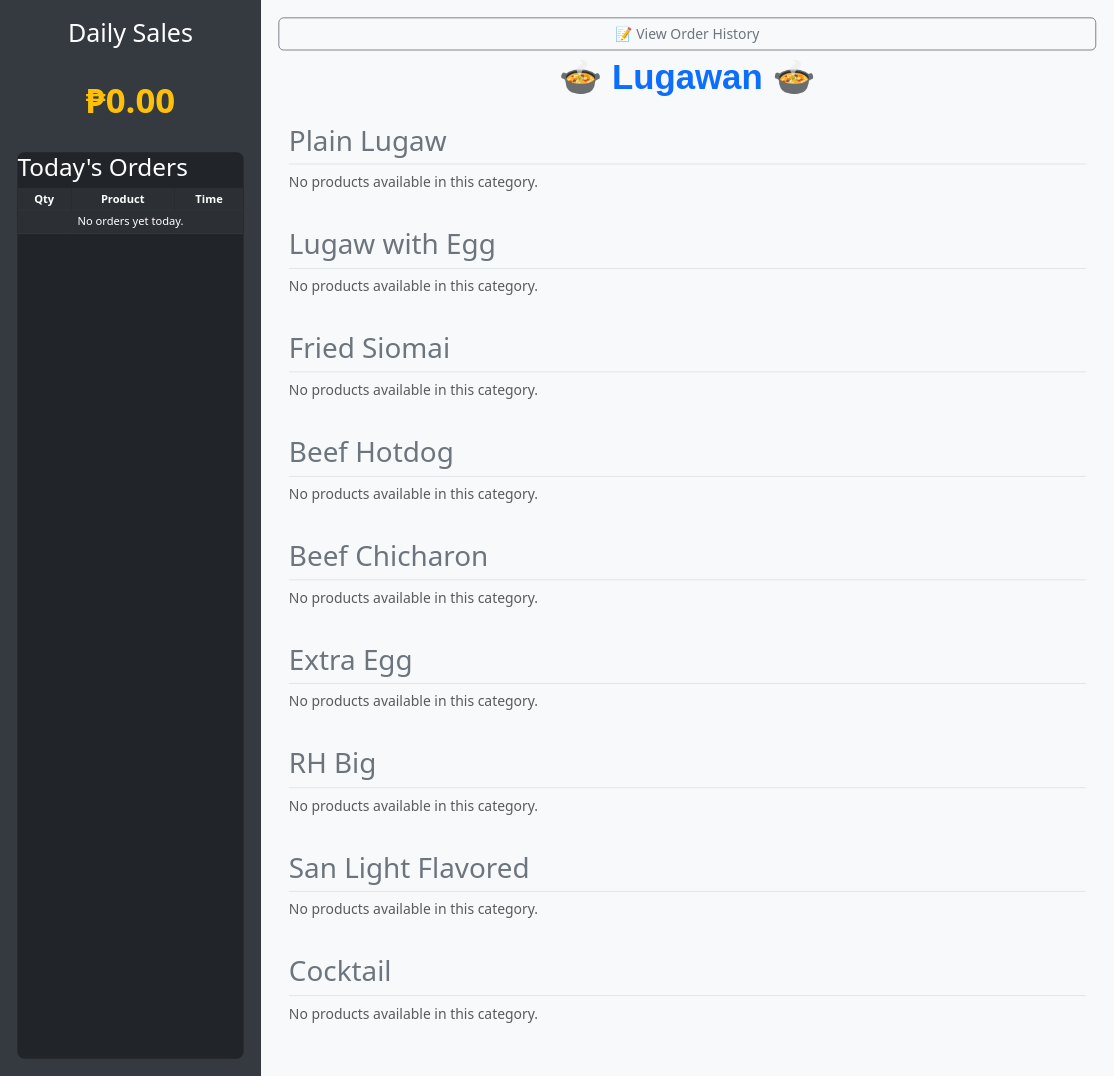
Repository: Jijiluzana225/lugawan_pitlane
Page: http://localhost/menu/
These files come from the project's save history. The page is drawn as it stood at one moment and after the next save; the edit follows.
The browser window is 1280 px wide. The pictures show the whole page, at 87% of full size.
The page is served by the project's application, run on Django 5.2 (manage.py). Other server files are loaded and not shown. The page reads the database file committed with the project.

Above is the page before, as saved 2025-03-06 10:45:10.

### pos/templates/pos/catalog.html
{% extends 'pos/base.html' %}



{% block content %}
<div class="container mt-4">



    {% for category in categories %}
        <div class="category-section mb-4">
            <h2 class="text-secondary border-bottom pb-2">{{ category.name }}</h2>

            <div class="row g-4">
                {% for product in category.product_set.all %}
                    <div class="col-md-4 col-lg-3">
                        <div class="card h-100 shadow-sm">
                            <div class="card-body text-center">
                                <h3 class="card-title text-dark fw-bold">{{ product.name }}</h3>
                                <p class="card-text text-success fs-5">₱{{ product.price }}</p>

                                <!-- Running total ordered today -->
                                {% with total_ordered=product.total_ordered_today %}
                                    <p style="font-color:Blue">Ordered today: <strong>{{ total_ordered|default:0 }}</strong></p>
                                {% endwith %}

                                {% if product.available %}
                                    <form action="{% url 'add_to_order' %}" method="post" class="d-flex flex-column align-items-center">
                                        {% csrf_token %}
                                        <div class="input-group mb-2" style="width: 150px;">
                                            <input type="hidden" name="product_id" value="{{ product.id }}">
                                            <input type="number" name="quantity" id="qty_{{ product.id }}" value="1" min="1" class="form-control text-center" required>
                                            <span class="input-group-text">🛒</span>
                                        </div>
                                        <button type="submit" class="btn btn-success btn-sm w-100">
                                            Add to Order
                                        </button>
                                    </form>
                                {% else %}
                                    <p class="text-danger fw-bold">🚫 Out of Stock</p>
                                {% endif %}
                            </div>
                        </div>
                    </div>
                {% empty %}
                    <p class="text-muted">No products available in this category.</p>
                {% endfor %}
            </div>
        </div>
    {% empty %}
        <p class="text-muted text-center">No categories available.</p>
    {% endfor %}
</div>

<script>
    function disableButton(form) {
        const button = form.querySelector('button[type="submit"]');
        button.disabled = true;
        button.innerText = 'Adding...'; // Optional: Change text while posting
    }
</script>


{% endblock %}

### pos/templates/pos/base.html
<!DOCTYPE html>
<html lang="en">
<head>
    <meta charset="UTF-8">
    <meta name="viewport" content="width=device-width, initial-scale=1.0">
    <title>{% block title %}Lugaw Cafe POS{% endblock %}</title>

    <!-- Bootstrap CSS -->
    <link href="https://cdnjs.cloudflare.com/ajax/libs/bootstrap/5.3.0/css/bootstrap.min.css" rel="stylesheet">

    <style>
        body {
            display: flex;
            min-height: 100vh;
            background-color: #f8f9fa;
        }

        .sidebar {
            width: 300px;
            background: #343a40;
            color: #fff;
            padding: 20px;
            display: flex;
            flex-direction: column;
        }

        .sidebar h2 {
            font-size: 1.8rem;
            text-align: center;
            margin-bottom: 30px;
        }

        .total-orders {
            font-size: 2.5rem;
            font-weight: bold;
            color: #ffc107;
            text-align: center;
        }

        .orders-table {
    margin-top: 30px;
    background: #212529;
    border-radius: 8px;
    padding: 0;
    overflow: hidden;
    display: flex;
    flex-direction: column;
    flex-grow: 1;
    min-height: 0; /* Helps flexbox handle scrolling */
}

.scrollable-table {
    overflow-y: auto;
    flex-grow: 1;
    max-height: calc(100vh - 250px); /* Full screen height minus sidebar and padding */
    margin-bottom: 20px; /* Always leaves a 20px gap at the bottom */
}

.scrollable-table table {
    width: 100%;
    font-size: 0.8rem;
}

.scrollable-table th, .scrollable-table td {
    text-align: center;
    padding: 3px;
}





        .main-content {
            flex: 1;
            padding: 20px;
        }

        .catalog {
            display: flex;
            flex-wrap: wrap;
            gap: 20px;
            justify-content: flex-start;
        }

        .product {
            border: 1px solid #ccc;
            padding: 15px;
            width: 200px;
            text-align: center;
            background-color: #ffffff;
            border-radius: 8px;
            box-shadow: 0 2px 8px rgba(0, 0, 0, 0.1);
            transition: transform 0.2s ease-in-out;
        }

        .product:hover {
            transform: scale(1.05);
        }

        .product h3 {
            margin: 0;
            font-size: 1.2rem;
            color: #212529;
        }

        .product p {
            margin: 5px 0;
        }

        .btn-add {
            background-color: #28a745;
            color: white;
            border: none;
            padding: 8px 12px;
            border-radius: 5px;
            transition: background-color 0.2s ease-in-out;
        }

        .btn-add:hover {
            background-color: #218838;
        }

        nav a {
            margin-right: 15px;
            text-decoration: none;
            color: #343a40;
            font-weight: bold;
        }
    </style>
</head>
<body>

    <!-- Sidebar with total orders and order table -->
    <div class="sidebar">
        <h2>Daily Sales</h2>
        <div class="total-orders">
            ₱{{ total_sales|default:"0.00" }}
        </div>

        <div class="orders-table">
            <h3 class="sticky-header">Today's Orders</h3>

            <div class="scrollable-table">
                <table class="table table-dark table-striped">

                        <tr>
                            <th>Qty</th>
                            <th>Product</th>
                            <th>Time</th>
                        </tr>
                    </thead>
                    <tbody>
                        {% for order in todays_orders %}
                            <tr>
                                <td>{{ order.quantity }}</td>
                                <td>{{ order.product.name }}</td>
                                <td>{{ order.datetimestamp|time:"h:i A" }}</td>
                            </tr>
                        {% empty %}
                            <tr>
                                <td colspan="3">No orders yet today.</td>
                            </tr>
                        {% endfor %}
                    </tbody>
                </table>
            </div>
        </div>

    </div>

    <div class="main-content">
        <nav>
            <a href="{% url 'order_history' %}" class="btn btn-outline-secondary w-100">📝 View Order History</a>

        </nav>

    <a href="{% url 'catalog' %}" class="text-primary fw-bold text-decoration-none d-block text-center"
    style="font-size: 2.5rem; font-family: 'Arial', sans-serif;">
     🍲 Lugawan 🍲
 </a>

        {% block content %}{% endblock %}
    </div>

</body>
</html>

### pos/models.py
from django.db import models
from django.utils.timezone import now

class Category(models.Model):
    name = models.CharField(max_length=100)

    def __str__(self):
        return self.name

from django.db import models
from django.utils.timezone import now

class Category(models.Model):
    name = models.CharField(max_length=100)

    def __str__(self):
        return self.name

class Product(models.Model):
    name = models.CharField(max_length=200)
    category = models.ForeignKey(Category, on_delete=models.CASCADE)
    price = models.DecimalField(max_digits=10, decimal_places=2)
    available = models.BooleanField(default=True)

    def __str__(self):
        return self.name

    @property
    def total_ordered_today(self):
        from django.db.models import Sum
        from datetime import date

        today = date.today()
        total = OrderItem.objects.filter(
            product=self,
            datetimestamp__date=today
        ).aggregate(Sum('quantity'))['quantity__sum']

        return total or 0


class OrderItem(models.Model):
    product = models.ForeignKey(Product, on_delete=models.CASCADE)
    quantity = models.PositiveIntegerField(default=1)
    datetimestamp = models.DateTimeField(default=now)  # New field

    def __str__(self):
        return f"{self.quantity} x {self.product.name} at {self.datetimestamp}"

### pos/views.py
from django.shortcuts import render
from .models import Category, Product




def catalog(request):

    categories = Product.objects.select_related('category').all()

    # Calculate total sales for the day from OrderItem model
    today = date.today()
    total_sales = OrderItem.objects.filter(
        datetimestamp__date=today
    ).annotate(
        total_price=F('product__price') * F('quantity')  # Calculate total price per item
    ).aggregate(
        total=Sum('total_price')
    )['total'] or 0
    categories = Category.objects.prefetch_related('product_set').all()

    todays_orders = OrderItem.objects.filter(
        datetimestamp__date=today
    ).select_related('product').order_by('-datetimestamp')

    return render(request, 'pos/catalog.html', {'categories': categories,'total_sales': total_sales,'todays_orders': todays_orders})


from django.shortcuts import redirect, get_object_or_404
from django.utils.timezone import now
from .models import Product, OrderItem

def add_to_order(request):
    if request.method == 'POST':
        product_id = request.POST.get('product_id')
        quantity = int(request.POST.get('quantity', 1))  # Get quantity, default to 1 if missing
        product = get_object_or_404(Product, id=product_id)

        # Always create a new OrderItem record with the provided quantity
        OrderItem.objects.create(
            product=product,
            quantity=quantity,
            datetimestamp=now()
        )

    return redirect('catalog')


from django.shortcuts import render
from django.db.models import Sum, F
from django.utils.timezone import now
from datetime import date
from .models import Product, OrderItem

def menu(request):
    categories = Product.objects.select_related('category').all()

    # Calculate total sales for the day from OrderItem model
    today = date.today()
    total_sales = OrderItem.objects.filter(
        datetimestamp__date=today
    ).annotate(
        total_price=F('product__price') * F('quantity')  # Calculate total price per item
    ).aggregate(
        total=Sum('total_price')
    )['total'] or 0

    return render(request, 'pos/catalog.html', {
        'categories': categories,
        'total_sales': total_sales
    })

from django.shortcuts import render
from django.utils.timezone import now
from .models import OrderItem

def order_history(request):
    # Get date from request (if provided), otherwise default to today
    selected_date = request.GET.get('date', now().date())

    # Filter and order OrderItem by the selected date and newest first
    orders = OrderItem.objects.filter(datetimestamp__date=selected_date).order_by('-datetimestamp')

    # Calculate total sales amount
    total_amount = sum(order.product.price * order.quantity for order in orders)

    context = {
        'orders': orders,
        'selected_date': selected_date,
        'total_amount': total_amount,
    }
    return render(request, 'pos/order_history.html', context)

### lugaw_pos/urls.py
from django.contrib import admin
from django.urls import path, include

urlpatterns = [
    path('admin/', admin.site.urls),
    path('', include('pos.urls')),
]

### pos/urls.py
from django.urls import path
from . import views

urlpatterns = [
    path('menu/', views.menu, name='menu'),

    path('', views.catalog, name='catalog'),  # New catalog page
    path('add-to-order/', views.add_to_order, name='add_to_order'),  # New URL for adding to order
    path('order-history/', views.order_history, name='order_history'),

]

### db.sqlite3 (the tables this page reads, as SQL)
CREATE TABLE "pos_category" ("id" integer NOT NULL PRIMARY KEY AUTOINCREMENT, "name" varchar(100) NOT NULL);
INSERT INTO "pos_category" VALUES
(1, 'Lugaw'),
(2, 'Toppings'),
(3, 'Beers'),
(4, 'Cocktail');

CREATE TABLE "pos_orderitem" ("id" integer NOT NULL PRIMARY KEY AUTOINCREMENT, "quantity" integer unsigned NOT NULL CHECK ("quantity" >= 0), "product_id" bigint NOT NULL REFERENCES "pos_product" ("id") DEFERRABLE INITIALLY DEFERRED, "datetimestamp" datetime NOT NULL);
INSERT INTO "pos_orderitem" VALUES
(50, 1, 1, '2025-03-06 01:56:34.121001'),
(51, 1, 6, '2025-03-06 01:56:41.037510'),
(52, 1, 1, '2025-03-06 01:56:57.538878'),
(53, 1, 1, '2025-03-06 01:56:59.174436'),
(54, 1, 1, '2025-03-06 01:57:01.013718'),
(55, 1, 1, '2025-03-06 01:59:52.563631'),
(56, 1, 2, '2025-03-06 02:00:06.551409'),
(57, 1, 2, '2025-03-06 02:00:07.073217'),
(58, 1, 6, '2025-03-06 02:01:38.991734'),
(59, 1, 2, '2025-03-06 02:01:44.300049'),
(60, 1, 2, '2025-03-06 02:01:45.529915'),
(61, 1, 2, '2025-03-06 02:01:45.930399'),
(62, 1, 2, '2025-03-06 02:01:47.716337'),
(63, 1, 4, '2025-03-06 02:01:51.587389'),
(64, 1, 5, '2025-03-06 02:01:56.477001'),
(65, 1, 3, '2025-03-06 02:02:02.440242'),
(66, 1, 2, '2025-03-06 02:13:40.929574'),
(67, 1, 2, '2025-03-06 02:17:50.680794'),
(68, 1, 7, '2025-03-06 02:53:27.259124');

CREATE TABLE "pos_product" ("id" integer NOT NULL PRIMARY KEY AUTOINCREMENT, "name" varchar(200) NOT NULL, "price" decimal NOT NULL, "available" bool NOT NULL, "category_id" bigint NOT NULL REFERENCES "pos_category" ("id") DEFERRABLE INITIALLY DEFERRED);
INSERT INTO "pos_product" VALUES
(1, 'Plain Lugaw', 20, 1, 1),
(2, 'Lugaw with Egg', 35, 1, 1),
(3, 'Fried Siomai', 20, 1, 2),
(4, 'Beef Hotdog', 20, 1, 2),
(5, 'Beef Chicharon', 10, 1, 2),
(6, 'Extra Egg', 15, 1, 2),
(7, 'RH Big', 150, 1, 3),
(8, 'San Light Flavored', 75, 1, 3),
(9, 'Cocktail', 350, 1, 4);

After the next save:
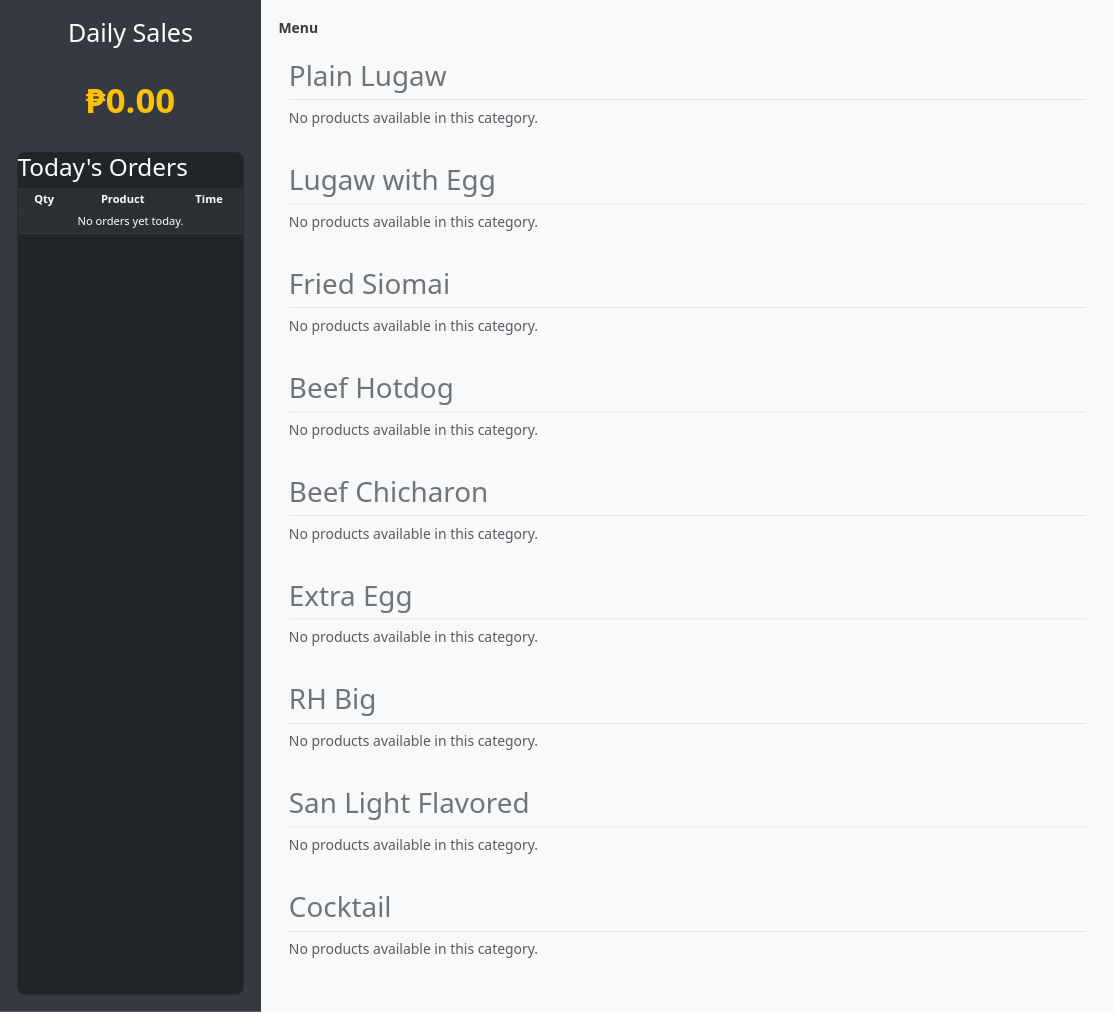
Saved 35 s later.
--- a/pos/templates/pos/base.html
+++ b/pos/templates/pos/base.html
@@ -170,14 +170,8 @@
 
     <div class="main-content">
         <nav>
-            <a href="{% url 'order_history' %}" class="btn btn-outline-secondary w-100">📝 View Order History</a>
-
+            <a href="{% url 'menu' %}">Menu</a>
         </nav>
-
-    <a href="{% url 'catalog' %}" class="text-primary fw-bold text-decoration-none d-block text-center"
-    style="font-size: 2.5rem; font-family: 'Arial', sans-serif;">
-     🍲 Lugawan 🍲
- </a>
 
         {% block content %}{% endblock %}
     </div>
